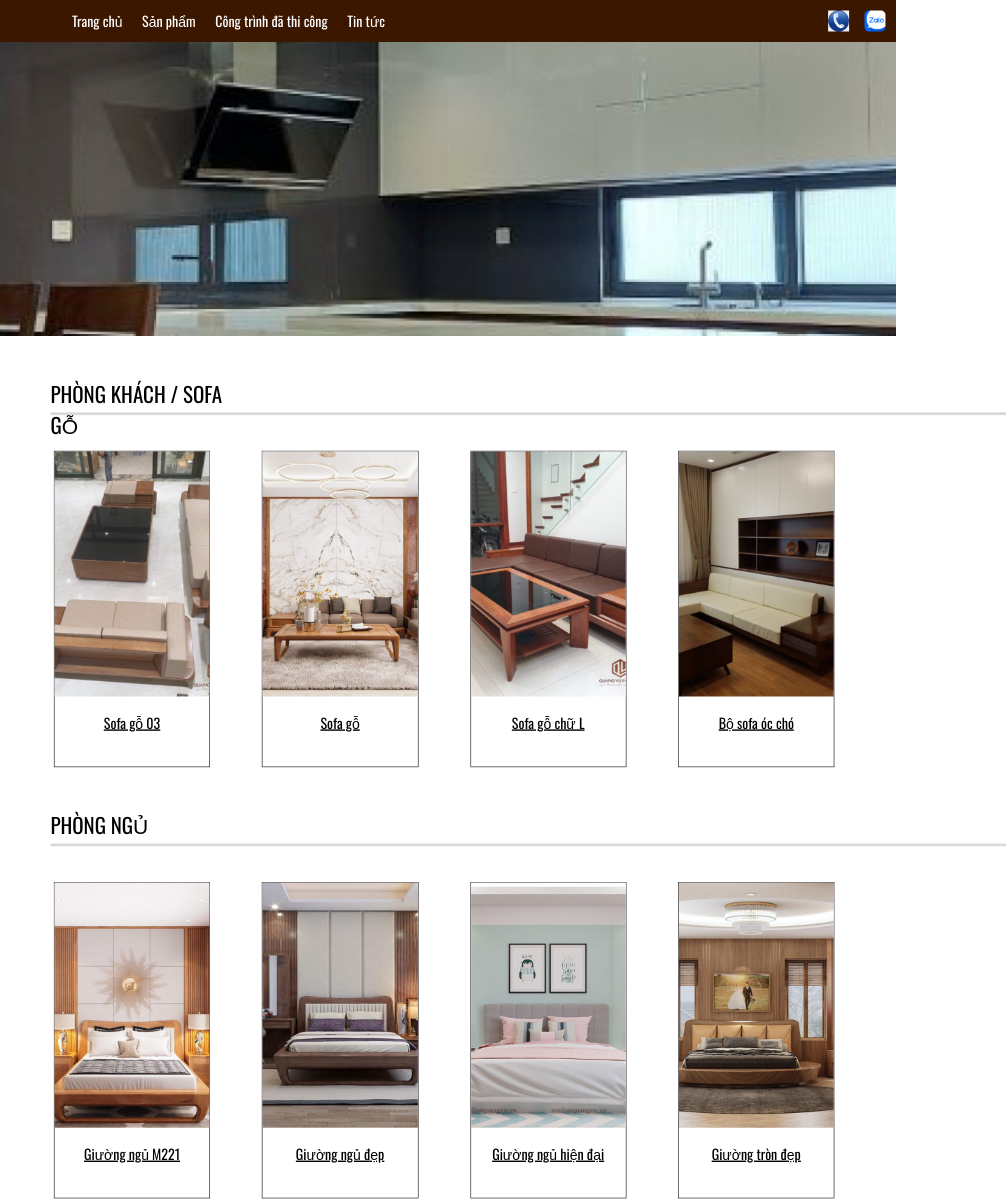
Repository: KHANHD192/FigmaTo-HTML
Page: APP-SHOP/index.html
The author's editor kept a copy of each file at every save. The page is drawn from the files as they stood at one save, then again after the next save.
The browser window is 1280 px wide. The page is 1437 px wide, so the pictures cover 1437 px, including what lies to the right of the window. The pictures show the part of the page from y = 0 to 1720 px (the page is 4911 px tall), at 70% of full size.

Above is the page before, as saved 2022-11-21 23:26:51.

### APP-SHOP/index.html
<!DOCTYPE html>
<html lang="en">
<head>
    <meta charset="UTF-8">
    <meta http-equiv="X-UA-Compatible" content="IE=edge">
    <meta name="viewport" content="width=device-width, initial-scale=1.0">
    <title>APP-SHOP</title>
    <link rel="stylesheet" href="https://cdnjs.cloudflare.com/ajax/libs/normalize/8.0.1/normalize.min.css" integrity="sha512-NhSC1YmyruXifcj/KFRWoC561YpHpc5Jtzgvbuzx5VozKpWvQ+4nXhPdFgmx8xqexRcpAglTj9sIBWINXa8x5w==" crossorigin="anonymous" referrerpolicy="no-referrer" />
    <link rel="stylesheet" href="./asset/Css_main/base.css">
    <link rel="stylesheet" href="./asset/Css_main/main.css">
    <link rel="preconnect" href="https://fonts.googleapis.com">
     <link rel="preconnect" href="https://fonts.gstatic.com" crossorigin>
</head>
<body>
    <div class="app">
         <header class="app__header">
                 <div class="header__nav-bar">
                    <ul class="nav-bar__item">
                        <li>
                            <a href="./index.html" class="nav-bar__item-link">Trang chủ</a>
                        </li>
                        <li>
                            <a href="#" class="nav-bar__item-link">Sản phẩm</a>
                        </li>
                        <li>
                            <a href="./ctdtc.html" class="nav-bar__item-link">Công trình đã thi công</a>
                        </li>
                        <li>
                            <a href="./tintuc.html" class="nav-bar__item-link">Tin tức</a>
                        </li>
                    </ul>
                    <ul class="nav-bar__icon">
                        <li>
                            <img src="./asset/IMG/image 3.png" alt="" class="logo">
                        </li>
                        <li>
                            <img src="./asset/IMG/image 2.png" alt="" class="logo">
                        </li>
                    </ul>
                 </div>
                 <div class="header__background">
                     <img src="./asset/IMG/back_ctdtc.png" alt="background">
                 </div>
         </header>
         <div class="app__container">
        <div class="container__collect">
            <div class="collect1">
                <h2 class="title">PHÒNG KHÁCH / SOFA GỖ</h2>
                <ul class="list__item">
                    <li>
                        <div class="wrap__image">
                            <img src="./asset/IMG/image 5.png" alt="" class="item__image">
                        </div>
                        <a href="https://noithatquangvu.vn/san-pham/sofa-go-3/" class="item__image-link">Sofa gỗ 03</a>
                    </li>
                    <li>
                          <div class="wrap__image">
                            <img src="./asset/IMG/image 5 (1).png" alt="" class="item__image">
                          </div>
                        <a href="https://noithatquangvu.vn/san-pham/sofa-go/" class="item__image-link">Sofa gỗ</a>
                    </li>
                    <li>
                         <div class="wrap__image">
                            <img src="./asset/IMG/image 6.png" alt="" class="item__image">
                         </div>
                        <a href="https://noithatquangvu.vn/san-pham/sofa-go-chu-l/" class="item__image-link">Sofa gỗ chữ L</a>
                    </li>
                    <li>
                       <div class="wrap__image">
                        <img src="./asset/IMG/image 6 (1).png" alt="" class="item__image">
                       </div>
                        <a href="https://noithatquangvu.vn/san-pham/bo-sofa-go-oc-cho-ms10/" class="item__image-link">Bộ sofa óc chó</a>
                    </li>

                </ul>
            </div>
            <div class="collect1">
                <h2 class="title">PHÒNG NGỦ</h2>
                <ul class="list__item">
                    <li>
                        <div class="wrap__image">
                            <img src="./asset/IMG/image 5 (2).png" alt="" class="item__image">
                        </div>
                        <a href="https://noithatquangvu.vn/san-pham/giuong-ngu/" class="item__image-link">Giường ngủ M221</a>
                    </li>
                    <li>
                          <div class="wrap__image">
                            <img src="./asset/IMG/image 5 (3).png" alt="" class="item__image">
                          </div>
                        <a href="https://noithatquangvu.vn/san-pham/giuong-ngu-dep/" class="item__image-link">Giường ngủ đẹp</a>
                    </li>
                    <li>
                         <div class="wrap__image">
                            <img src="./asset/IMG/image 5 (4).png" alt="" class="item__image">
                         </div>
                        <a href="https://noithatquangvu.vn/san-pham/giuong-ngu-hien-dai/" class="item__image-link">Giường ngủ hiện đại</a>
                    </li>
                    <li>
                       <div class="wrap__image">
                        <img src="./asset/IMG/image 5 (5).png" alt="" class="item__image">
                       </div>
                        <a href="https://noithatquangvu.vn/san-pham/giuong-tron-dep/" class="item__image-link">Giường tròn đẹp</a>
                    </li>

                </ul>
            </div>
            <div class="collect1">
                <h2 class="title">PHÒNG BẾP</h2>
                <ul class="list__item">
                    <li>
                        <div class="wrap__image">
                            <img src="./asset/IMG/image 5 (6).png" alt="" class="item__image">
                        </div>
                        <a href="https://noithatquangvu.vn/san-pham/tu-bep-go-oc-cho/" class="item__image-link">Tủ bếp gỗ óc chó</a>
                    </li>
                    <li>
                          <div class="wrap__image">
                            <img src="./asset/IMG/image 5 (7).png" alt="" class="item__image">
                          </div>
                        <a href="https://noithatquangvu.vn/san-pham/tu%cc%89-ruo%cc%a3u/" class="item__image-link">Tủ rượu</a>
                    </li>
                    <li>
                         <div class="wrap__image">
                            <img src="./asset/IMG/image 5 (8).png" alt="" class="item__image">
                         </div>
                        <a href="https://noithatquangvu.vn/san-pham/bo%cc%a3-ban-ghe-an/" class="item__image-link">Bộ bàn ghế ăn</a>
                    </li>
                    <li>
                       <div class="wrap__image">
                        <img src="./asset/IMG/image 5 (9).png" alt="" class="item__image">
                       </div>
                        <a href="https://noithatquangvu.vn/san-pham/tu%cc%89-bep-_-ms01/" class="item__image-link">Tủ Bếp_TB01</a>
                    </li>

                </ul>
            </div>
        </div>
        <div class="container__project">
            <div class="project__tiltle">
                <p>DỰ ÁN TIÊU BIỂU</p>
            </div>
             <ul class="list__project">
                <li class="list__project-item">
                    <div class="enfold__image">
                        <img src="./asset/IMG/image 7.png" alt="" class="item__project">
                    </div>
                    <a href="https://noithatquangvu.vn/san-pham/bo%cc%a3-ban-ghe-an/" class="item__project-link">Dự án biệt thự móng cái </a>
                </li>
                <li class="list__project-item">
                    <div class="enfold__image">
                        <img src="./asset/IMG/image 7 (1).png" alt="" class="item__project">
                    </div>
                    <a href="https://noithatquangvu.vn/san-pham/bo%cc%a3-ban-ghe-an/" class="item__project-link">Căn Hộ chung Cư Cao Cấp</a>
                </li>

             </ul>
        </div>
        <div class="container__detail">
            <div class="collect1">
                <p>CÔNG TRÌNH ĐÃ THI CÔNG</p>
                <ul class="list__item">
                    <li>
                        <div class="wrap__image">
                            <img src="./asset/IMG/image 5 (10).png" alt="" class="item__image">
                        </div>
                        <a href="https://noithatquangvu.vn/san-pham/sofa-go-3/" class="item__image-link">Phòng thờ gỗ</a>
                    </li>
                    <li>
                          <div class="wrap__image">
                            <img src="./asset/IMG/image 5 (11).png" alt="" class="item__image">
                          </div>
                        <a href="https://noithatquangvu.vn/san-pham/giuong-tron/" class="item__image-link">Giường tròn
                        </a>
                    </li>
                    <li>
                         <div class="wrap__image">
                            <img src="./asset/IMG/image 5 (12).png" alt="" class="item__image">
                         </div>
                        <a href="https://noithatquangvu.vn/san-pham/sofa-oc-cho/" class="item__image-link">Sofa óc chó MS11

                        </a>
                    </li>
                    <li>
                       <div class="wrap__image">
                        <img src="./asset/IMG/image 5 (13).png" alt="" class="item__image">
                       </div>
                        <a href="https://noithatquangvu.vn/san-pham/sofa-go-oc-cho-chu-j/" class="item__image-link">Sofa gỗ óc chó chữ J


                        </a>
                    </li>

                </ul>
            </div>
            <div class="collect1 detail2">
                <ul class="list__item">
                    <li>
                        <div class="wrap__image">
                            <img src="./asset/IMG/image 5 (9).png" alt="" class="item__image">
                        </div>
                        <a href="https://noithatquangvu.vn/san-pham/tu-bep-go-oc-cho/" class="item__image-link">Tủ bếp gỗ óc chó
                        </a>
                    </li>
                    <li>
                          <div class="wrap__image">
                            <img src="./asset/IMG/image 5 (14).png" alt="" class="item__image">
                          </div>
                        <a href="https://noithatquangvu.vn/san-pham/bo-sofa-go-oc-cho-ms10/" class="item__image-link"> Bộ sofa óc chó chữ L
                        </a>
                    </li>
                    <li>
                         <div class="wrap__image">
                            <img src="./asset/IMG/image 5 (15).png" alt="" class="item__image">
                         </div>
                        <a href="https://noithatquangvu.vn/san-pham/giuong-tron-go-oc-cho/" class="item__image-link">Giường tròn gỗ óc chó
                        </a>
                    </li>
                    <li>
                       <div class="wrap__image">
                        <img src="./asset/IMG/image 5 (16).png" alt="" class="item__image">
                       </div>
                        <a href="https://noithatquangvu.vn/san-pham/sofa-go-oc-cho-ms02/" class="item__image-link">Sofa gỗ óc chó – MS02

                        </a>
                    </li>

                </ul>
            </div>
        </div>
         </div>
        <footer class="app__footer">
            <div class="footer__addres">
                <p class="addres__title">CÔNG TY SẢN XUẤT NỘI THẤT CÔNG ĐỨC</p>
                <ul>
                    <li class="address__item" >Trụ sợ : Km76 Quốc Lộ 1A Hà Đông Hà nội</li>
                    <li class="address__item">Xưởng sản xuất : Trường Yên, Hà Đông , Hà Nội</li>
                    <li class="address__item">Hotline: 0912.142.456 - 0986.112.678 </li>
                    <li class="address__item">Zalo: 0912.142.456 - 0966.288.888</li>
                    <li class="address__item">
                        <a href="noithatcongduc.com.vn">Website: noithatcongduc.com.vn</a>
                    </li>
                </ul>
            </div>
            <div class="footer__info">
                <p class="addres__title">THÔNG TIN CỬA HÀNG </p>
                <ul>
                    <li> Giờ mở cửa: (24H)</li>
                    <li>Bán hàng : 0966.288.999</li>
                    <li> Bảo hành : 0912.142.456 </li>
                    <li>Tư vấn : 0912.142.456</li>
                    <li class="info__item">
                        <a href="tel:098.611.2158">Hỗ trợ kỹ thuật: 098.611.2158</a>
                    </li>
                </ul>
            </div>
            <div class="footer__term">
                <p class="addres__title">CHÍNH SÁCH</p>
                <ul>
                    <li>Phương Thức Thanh Toán</li>
                    <li>Chính Sách Vận Chuyển</li>
                    <li>Chính Sách Đổi Trả </li>
                    <li>Chính Sách Bảo Hành</li>
                    <li>
                        Chính Sách Bảo Mật Thông Tin
                    </li>
                </ul>
            </div>
            <div class="footer__payal">
                <p class="addres__title">CHẤP NHẬN THANH TOÁN</p>
                <ul class="payal__item">
                    <li>
                           <img src="./asset/IMG/image 8.png" alt="Phương thức thanh toán">
                    </li>
                </ul>
            </div>
        </footer>
    </div>
</body>
</html>

### APP-SHOP/asset/Css_main/base.css
@import url('https://fonts.googleapis.com/css2?family=Oswald&family=Roboto:wght@100&display=swap');
/* header */
html{
    font-size: 62.5%;
    box-sizing: border-box;
    font-family: 'Oswald', sans-serif;
}
.app{
    max-width: 1800px;
}
.app__header{

}
.header__nav-bar{
      display: flex;
      justify-content: space-between;
      height: 60px;
      background-color: #3C1700;;
}
.nav-bar__item {
    width: 603px;
    height: 30px;
    list-style: none;
    display: flex;
    font-family: 'Oswald', sans-serif;
    font-size: 20px;
    line-height: 29.64px;
    margin-top: 15px;
    margin-bottom: 15px ;
    margin-left: 63px;
}
.nav-bar__item-link{
    text-decoration: none;
    color: #FFFFFF;
    margin-right: 28px;
}
.header__nav-bar:not(:last-child){
    margin-right: 0;
}
.nav-bar__icon{
    list-style: none;
    display: flex;
    margin-top: 15px;
    margin-bottom: 15px ;
    margin-right: 15px;
}
.logo{
    width: 30px;
    height: 30px;
}
.logo:last-child{
    margin-left: 22px;
}
.header__background{
    width:100%;
    height: 420px;
}
.header__background img{
    width: 100%;
    height: 100%;
    object-fit: cover;
}
/* footer */
footer{
    max-width: 1800px;
    height:460px;
    background-color: #350B0C;
    color: #FFFFFF;
}
footer ul{
    list-style: none;
    padding: 0;
    font-size: 20px;
}
.app__footer{
    display:flex;
    justify-content: space-between;
}
.addres__title{
    font-size: 25px;
}
.footer__addres , .footer__info ,.footer__term ,.footer__payal{
    margin-top:35px;
}
.footer__addres{
    max-width: 508px;
    height:375px;
    margin-left:90px;
   line-height: 55px;
}
.address__item{
    position: relative;
}
.address__item::after{
    content: "";
    position: absolute;
    width: 313px;
    height: 4px;
    background-color: #D9D9D9;
    left:0;
    bottom: -10px;
}
.address__item a ,.info__item a {
    text-decoration: none;
    color:#FFFFFF;
}
 .footer__info{
    max-width: 412px;
    height: 356px;
    line-height: 55px;
 }
 .footer__term{
    max-width: 260px;
    height: 356px;
    line-height: 55px;
 }
 .footer__payal{
    line-height: 55px;
    margin-right: 20px;
 }
.footer__payal p {
    text-align: center;
}

### APP-SHOP/asset/Css_main/main.css
.app__container{
 max-width: 1800px;
    height: 3835px;
}
.collect1 h2{
    width: 285px;
    height: 42px;
    font-family: 'Oswald', sans-serif;
    font-weight: 400;
    font-size: 30px;
    line-height: 44.46px;
    color: #000000;
    position: relative;
    margin-top: 61px;
    margin-bottom: 61px;
    margin-left: 72px;
}
.collect1 h2::after{
    content: "";
    position: absolute;
    width: 1365px;
    height: 4px;
    background-color: #D9D9D9;
    left:0;
    bottom: -10px;

}
.collect1 .list__item{
    list-style: none;
    display: flex;
    margin-left:77px;
    margin-right: 88px;
    padding-left: 0;
}
.list__item li {
   max-width: 350px;
    height: 450px;
    border:  1px solid #332F2F;
    margin-right: 74px;
}
.list__item li:last-child{
    margin-right: 0;
}
li .wrap__image{
   max-width: 350px;
    height: 350px;
}
.item__image-link{
    display: block;
    max-width:100%;
    height: 63px;
    font-size: 20px;
    font-weight: 400;
    line-height: 44.46px;
   text-align: center;
   padding-top: 1.5rem;
    color: #000000;
}
li .wrap__image img{
    width: 100%;
    height: 100%;
    object-fit: cover;
}

.project__tiltle p {
    text-align: center;
    margin-top:91px;
    font-size: 50px;
    line-height: 74.1px;
    margin-bottom: 50px;
}
.list__project{
    display:flex;
    list-style: none;
    margin-left:131px;
    margin-right:131px;
    padding-left: 0;
    justify-content: space-between;
}
.list__project-item{
    max-width: 700px;
    height: 560px;
    border:  1px solid #332F2F;
}
.enfold__image{
    max-width: 700px;
    height: 400px;
}
.enfold__image img {
    width: 100%;
    height: 100%;
}
.item__project-link{
    display: block;
    max-width:100%;
    height: 63px;
    font-size: 30px;
    font-weight: 400;
    line-height: 44.46px;
   text-align: center;
   padding-top: 5rem;
    color:#6C271E;
}
.list__project-item:first-child{
    margin-right: 148px;
}
.collect1 p {
    text-align: center;
    margin-top:91px;
    font-size: 50px;
    line-height: 74.1px;
    margin-bottom: 50px;
}
.detail2{
    margin-top: 80px;
}

After the next save:
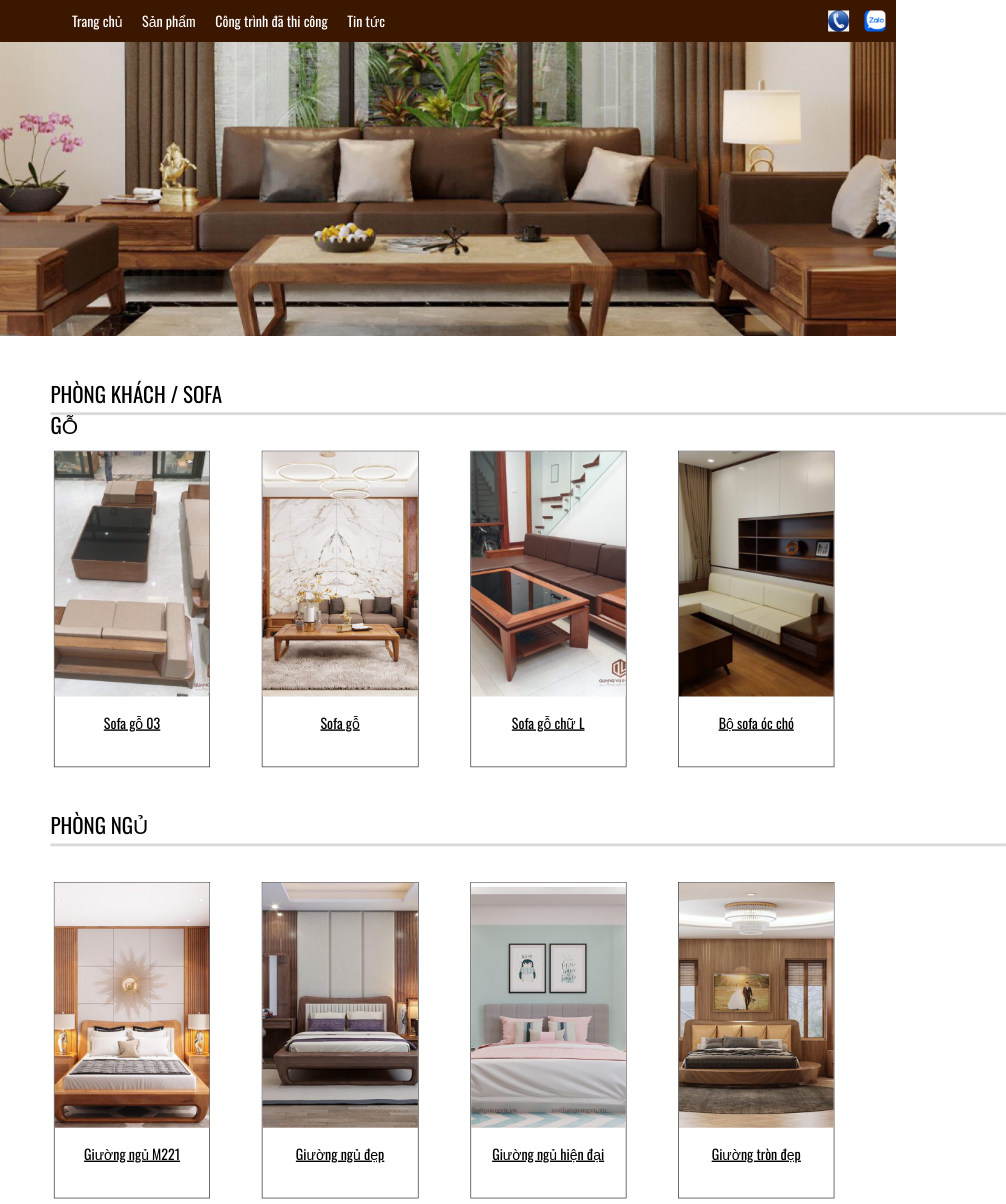
Saved 66 s later.
--- a/APP-SHOP/index.html
+++ b/APP-SHOP/index.html
@@ -39,7 +39,7 @@
                     </ul>
                  </div>
                  <div class="header__background">
-                     <img src="./asset/IMG/back_ctdtc.png" alt="background">
+                     <img src="./asset/IMG/image 4.png" alt="background">
                  </div>
          </header>
          <div class="app__container">
